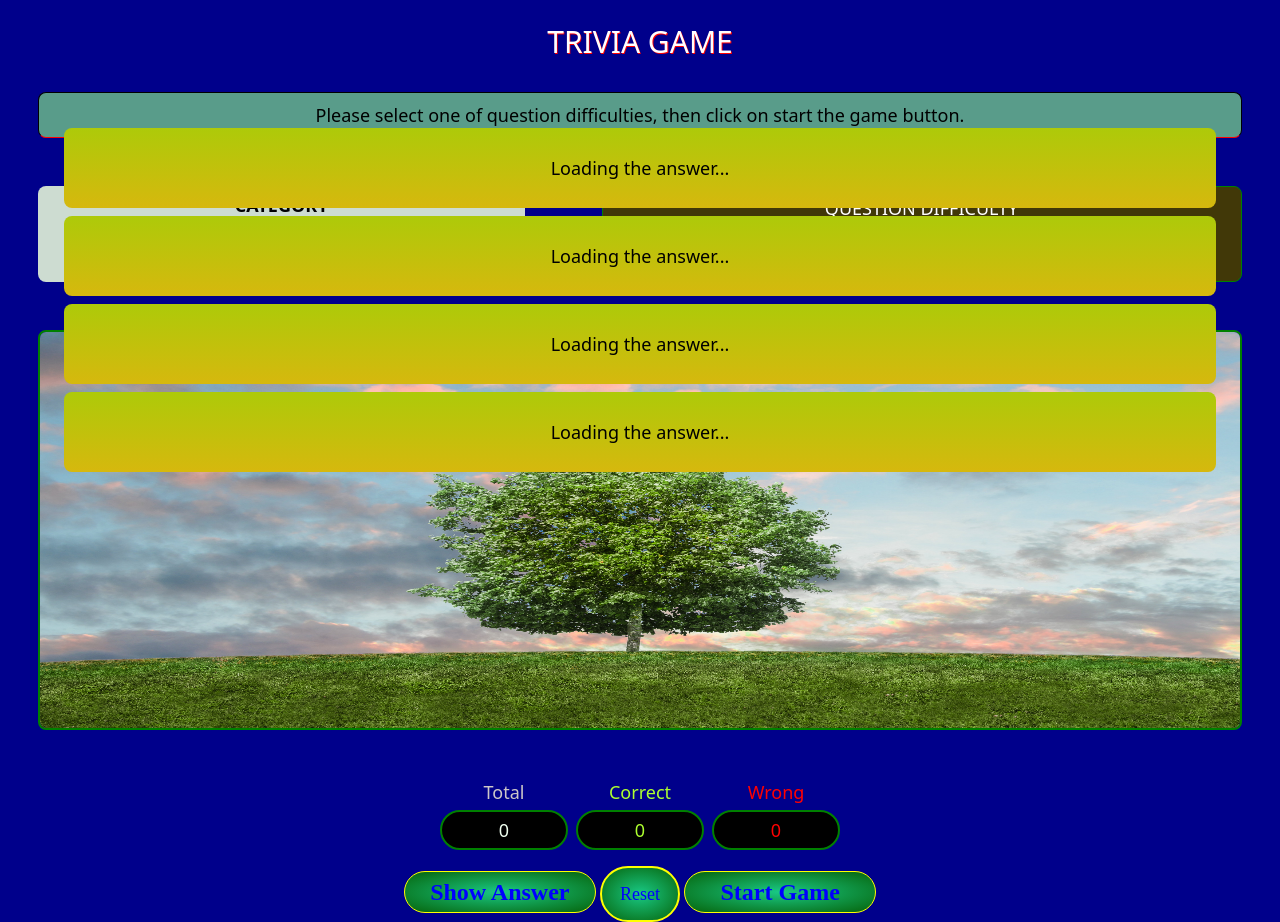
Repository: ShindanoSingi/bembe-trivia
Page: index.html
An editor plug-in stored every save of this project. The page is shown before and after the next save, followed by the edit.
The browser window is 1280 px wide. The pictures show the whole page.
Some web libraries are served in a nearby version.

Above is the page before, as saved 2022-09-08 01:33:46.

### index.html
<!DOCTYPE html>
<html lang="en">

    <head>
        <meta charset="UTF-8">
        <meta http-equiv="X-UA-Compatible" content="IE=edge">
        <meta name="viewport" content="width=device-width, initial-scale=1.0">
        <link rel="stylesheet" href="style.css">
        <script src="https://cdn.tailwindcss.com"></script>
        <title>Trivia Game</title>
    </head>

    <body class="">
        <div class="containerBox max-h-[100vh] my-2 flex flex-col gap-[3rem]">
            <h1 class="text-center text-3xl relative top-4" >TRIVIA GAME</h1>
            <div class="questionBox text-center w-[94vw] md:text-lg h-[6.5rem] p-2 md:p-2 mx-auto rounded-lg">
                Please select one of question difficulties, then click on start the game button.
            </div>
            <div class="category-and-difficulty-container items-center justify-around flex">
                <div class="category-container w-[38vw] md:h-[6rem] h-[4.5rem] bg-[#CDDCD1] flex items-center flex-col py-[0.3rem] rounded-lg">
                    <div class="labelCategory text-sm md:text-lg font-bold md:font-bold text-black">CATEGORY</div>
                    <div class="category text-sm md:text-lg text-center p-1 rounded-lg">
                        Loading category...
                    </div>
                </div>
                <div class="qDifficultyBox w-[50vw] pb-1 rounded-lg items-center flex h-[4.5rem] md:h-[6rem] justify-around flex-col">
                        <div id="question" class="qCat md:text-lg text-sm">QUESTION DIFFICULTY</div>
                        <div class="difficulties-container md:flex md:space-x-6 flex gap-1">
                            <button class="difficulty px-1.5 md:w-[6rem] text-sm md:text-lg rounded-full" id="easy">Easy</button>
                            <button class="difficulty md:w-[6rem] px-1.5 rounded-full md:text-lg text-sm" id="medium">Medium</button>
                            <button class="difficulty md:w-[6rem] px-1.5 text-sm md:text-lg rounded-full" id="hard">Hard</button>
                    </div>
                </div>
            </div>
            <div class="imgAndQuestions">
                <img class="w-[94vw] h-[25rem] mx-auto" src="pexels-skitterphoto-9198.jpg" alt="nature image">
                <div class="answersButtons absolute md:absolute md:bottom-[15.5rem] bottom-[17.2rem] ml-[5vw] flex space-y-2 items-center  flex-col">
                    <button class="showAnswer md:text-lg w-[90vw] p-1 absolute bottom-[17rem] mx-auto text-sm h-[5rem]">Loading the answer...</button>
                    <button class="response md:text-lg w-[90vw] p-1 text-center text-md h-[5rem]" id="response1">Loading the answer...</button>
                    <button class="response md:text-lg w-[90vw] p-1 text-md h-[5rem]" id="response2">Loading the answer...</button>
                    <button class="response md:text-lg w-[90vw] p-1 text-md h-[5rem]" id="response3">Loading the answer...</button>
                    <button class="response md:text-lg w-[90vw] p-1 text-md h-[5rem]" id="response4">Loading the answer...</button>
                    </div>
                </div>

            <div id="bottomPart" class="flex  mx-auto flex-col items-center gap-4">
                <div class="labelsAndButtons relative left-1 flex space-x-2">
                    <div class="question-number flex flex-col items-center">
                        <p class="labels md:text-lg pb-1" id="labelQ">Total</p>
                        <div class="bottombuttons md:w-[8rem] md:text-lg w-[5rem] text-center py-1" id="questionNumber">0</div>
                    </div>
                    <div class="correct-answers md:text-lg flex flex-col items-center">
                        <p class="labels pb-1" id="labelC">Correct</p>
                        <div class="bottombuttons md:text-lg w-[5rem] md:w-[8rem] text-center py-1" id="correct">0</div>
                    </div>
                    <div class="wrong-answers md:text-lg flex flex-col items-center">
                        <p class="labels pb-1" id="labelW">Wrong</p>
                        <div class="bottombuttons md:w-[8rem] md:text-lg w-[5rem] text-center py-1" id="wrong">0</div>
                    </div>
                    <div class="timerQuestionCorrectWrong"></div>
                </div>
                <div class="threeBottomButtons">
                    <button class="w-[8rem] text-lg md:text-2xl md:w-48 py-1" id="showAnswer">Show Answer</button>
                    <button class="reset text-lg p-1 md:w-[5rem] w-[3.5rem] h-[3.5rem] rounded-full">Reset</button>
                    <button class="startGame text-lg w-[8rem] md:text-2xl md:w-48 py-1">Start Game</button>
                </div>
            </div>
            </div>
        <script src="./script.js"></script>
    </body>
</html>

### style.css

/* iPhone 8 and smaller */

    /*  Set h1 text to red */
    h1 {
        color: #fff;
        text-shadow: 0.05rem 0.05rem red;
    }

    /* The box containing the question */
    .questionBox {
        color: rgb(0, 0, 0);
        border: 0.02rem solid;
        background-color: rgb(89, 156, 138);
        border-bottom-color: red;
    }

    /* Label for category */
    .labelCategory {
        color: white;
    }

    /* The show answer message box */
    .showAnswer {
        color: honeydew;
        visibility: hidden;
        border: 0.1rem solid green;
        border-radius: 0.5rem;
        background-color:rgb(2, 27, 3);
    }
    /*  Individual difficulty button */
    .difficulty {
        background-image: linear-gradient(rgb(16, 221, 142), rgb(4, 58, 7));
        border: 0.2rem solid rgb(21, 139, 35);
        color: white;
    }

    /*  Class containing all difficulty buttons */
    .difficulties-container {
        border-color: green;
    }
    /* The box containing difficulty buttons */
    .qDifficultyBox {
        border: 0.14vh solid green;
        background-color: rgb(65, 56, 8);
        color: white;
    }

    /* image */
    img {
        border: 0.15rem solid green;
        border-radius: 0.5rem;
    }
    /* all response buttons */
    .response {
        border-color: green;
        background-image: linear-gradient(rgb(173, 202, 9), rgb(214, 184, 14));
        color: black;
        border-radius: 0.5rem;
    }
    /* All response buttons */
    .response:hover {
        background-image: linear-gradient(rgb(32, 90, 165), rgb(72, 168, 192));
    }

    /* Show answer button */
    #showAnswer {
        color: blue;
        border: 0.54vh solid green;
        border: 0.27vh solid yellow;
        border-radius: 20rem;
        font-family: cursive;
        font-weight: bold;
        background-image: radial-gradient(rgb(25, 201, 133), rgb(6, 99, 10));
    }
    #showAnswer:hover {
        background-image: radial-gradient(rgb(201, 25, 25), rgb(93, 99, 6));
        color: white;
    }
    /* Start game button */
    .startGame {
        color: blue;
        border: 0.54vh solid green;
        border: 0.27vh solid yellow;
        border-radius: 20rem;
        font-family: cursive;
        font-weight: bold;
        background-image: radial-gradient(rgb(25, 201, 133), rgb(6, 99, 10));
    }
    /* Start game button */
    .startGame:hover {
        background-image: radial-gradient(rgb(201, 25, 25), rgb(93, 99, 6));
        color: white;
    }
    /* Reset button */
    .reset {
        color: blue;
        border: 0.5rem solid green;
        border: 0.15rem solid yellow;
        font-family: cursive;
        background-image: radial-gradient(rgb(25, 201, 133), rgb(6, 99, 10));
    }
    /* Reset button */
    .reset:hover {
        background-image: radial-gradient(rgb(201, 25, 25), rgb(93, 99, 6));
        color: white;
    }

    /* Class containing the 3 bottom labels  (total questions, correct answers and wrong answers) */
    .question-number {
        color: rgb(205, 200, 200);
    }

    .correct-answers {
        color: greenyellow;
    }

    .wrong-answers {
        color: red;
    }

    /* The bottom boxes for total question number, correct answers and wrong answers */
    .bottombuttons {
        border: 0.15rem solid green;
        background-color: black;
        color: honeydew;
        border-radius: 2rem;
    }

    /* Set the wrong anser to red */
    #wrong {
        color: rgb(255, 0, 0);
    }
    /* Set the correct anser to green */
    #correct {
        color: greenyellow;
    }

    /* Change the color when "easy" button is hovered over */
    #easy:hover {
        background-image: linear-gradient(rgb(202, 9, 9), rgb(214, 184, 14));
    }
    /* Change the color when "easy" button is hovered over */
    #medium:hover {
        background-image: linear-gradient(rgb(202, 9, 9), rgb(214, 184, 14));
    }
    /* Change the color when "easy" button is hovered over */
    #hard:hover {
        background-image: linear-gradient(rgb(202, 9, 9), rgb(214, 184, 14));
    }

    body {
      background-color: darkblue;
    }

### script.js
// Declaring variables

// Capture win window
let winWindow = document.querySelector('.win');

// Declae win reset button
let winResetButton = document.querySelector('.winReset');

// define lose reset button
let loseResetButton = document.querySelector('.loseReset');

// define lose window
let loseWindow = document.querySelector('.lose');

// define win image
let winImage = document.querySelector('.winImage')

// define a message if the payer loses the game
let loseMessage = document.querySelector('#losePar');

// define
let video = document.querySelector('#myVideo');

// Get Body content
let body = document.querySelector('body');

// This will hold category information
let category = document.querySelector('.category');

// This will hold the question
let question = document.querySelector('.questionBox');

// This is for all response buttons
let answerButtons = document.querySelector('.answersButtons');

// Define difficulty buttons
let difficultyButtons = document.querySelector('.difficulties-container');

// Define image
let image = document.querySelector('img');

// Define audio button
let audioButton = document.querySelector('.audio');

// Declaring individual difficulty buttons
let easyButton = document.querySelector('#easy');
let mediumButton = document.querySelector('#medium');
let hardButton = document.querySelector('#hard');

// This is for individual responses
let response1 = document.querySelector('#response1');
let response2 = document.querySelector('#response2');
let response3 = document.querySelector('#response3');
let response4 = document.querySelector('#response4');

// Define the total number of questions' box.
let totNumQuestionsBox = document.querySelector('#questionNumber');

// This will hold number of correct answers
let cAnswer = document.querySelector('#correct');

// This will hold number of wrong answers
let wAnswer = document.querySelector('#wrong');

// Define the "show answer" button
let showAnswerButton = document.querySelector('#showAnswer');

let corrAnswer;

// Create new audio objects
// Code source: https://www.w3schools.com/jsref/met_audio_play.asp
let audio = new Audio('general-logo-13395.mp3');

let questionscoreCount = 0;
let correctAnswerScoreCount = 0;
let wrongAnswerscoreCount = 0;
let scoreCount = 0;
let clear = '';
let difficulty = '';

// Set winning scoreCount
let winningscoreCount = 6;

let highscoreCount = 0;

let startGame = document.querySelector('.startGame');

// Takes the response from fetch
let triviaQuestion;

// Define a global url which will be accessed by multiple functions
let url;

// Array of all Images/jpg
// https://www.pexels.com/search/environment/
let arrayImages = [];
arrayImages.push('pexels-ákos-szabó-440731.jpg');
arrayImages.push('pexels-atikul-haque-rafat-679598.jpg');
arrayImages.push('pexels-felix-mittermeier-957024.jpg');
arrayImages.push('pexels-ian-turnell-709552.jpg');
arrayImages.push('pexels-karolina-grabowska-5750182.jpg');
arrayImages.push('pexels-mahima-1250260.jpg');
arrayImages.push('pexels-mali-maeder-142497.jpg');
arrayImages.push('pexels-matthias-cooper-580900.jpg');
arrayImages.push('pexels-min-an-1131458.jpg');
arrayImages.push('pexels-minamarie-michell-570041.jpg');
arrayImages.push('pexels-olya-kobruseva-5236397.jpg');
arrayImages.push('pexels-pixabay-33044.jpg');
arrayImages.push('pexels-pixabay-221012.jpg');
arrayImages.push('pexels-pixabay-235615.jpg');
arrayImages.push('pexels-pixabay-259280.jpg');
arrayImages.push('pexels-pixabay-302804.jpg');
arrayImages.push('pexels-pixabay-414090.jpg');
arrayImages.push('pexels-pixabay-459225.jpg');
arrayImages.push('pexels-pixabay-459225.jpg');
arrayImages.push('pexels-pixabay-460621.jpg');
arrayImages.push('pexels-scott-webb-1048033.jpg');
arrayImages.push('pexels-skitterphoto-9198.jpg');
arrayImages.push('pexels-sohail-na-807598.jpg');

// for correct and wrong answer song; source code:
// https://www.dreamstime.com/stock-music-sound-effect/wrong-answer-answer.html

// Reset the game when the "Reset" button is clicked
let resetButton = document.querySelector('.reset');
resetButton.addEventListener('click', () => {

    // Code source: https://www.w3schools.com/jsref/met_audio_play.asp
    audio.volume = 0.2;

    // Refresh the page/window
    window.location.reload();
});

// Assign color to all answer buttons and call "play" function
let startButton = () => {

    // Increament the score count.
    scoreCount++;

    // Select all responses buttons.
    let responses = document.querySelectorAll('.response');
    responses.forEach(response => {
        response.style.backgroundImage = 'linear-gradient(rgb(173, 202, 9), rgb(57, 14, 214));'
    })

    // When the "Start The Game" button is presNexted, Call "play" function
    play();
}

// Select difficulty buttons
difficultyButtons.addEventListener('click', e => {

    // Target the element/button by its id.
    difficulty = e.target.id;

    // Only change the color "easy" button is selected, then enable "Start The Game"
    if (difficulty === 'easy') {

        // Only change the background of "easy button" to a different color, and let other bottons'
        // colors unchanged.
        e.target.style.backgroundImage = 'linear-gradient(rgb(9, 25, 202), rgb(81, 14, 214))';
        mediumButton.style.backgroundImage = `linear-gradient(rgb(16, 221, 142), rgb(4, 58, 7))`;
        hardButton.style.backgroundImage = `linear-gradient(rgb(16, 221, 142), rgb(4, 58, 7))`;

        // Start the Game when "Start The Game" is clicked
        let startGame = document.querySelector('.startGame');
        startGame.addEventListener('click', () => {
            startButton();
        });
    }

    // Only change the color "medium" button is selected, then enable "Start The Game"
    else if (difficulty === 'medium') {

        // Only change the background of "medium button" to a different color, and let other bottons'
        // colors unchanged.
        e.target.style.backgroundImage = 'linear-gradient(rgb(9, 25, 202), rgb(81, 14, 214))';
        easyButton.style.backgroundImage = `linear-gradient(rgb(16, 221, 142), rgb(4, 58, 7))`;
        hardButton.style.backgroundImage = `linear-gradient(rgb(16, 221, 142), rgb(4, 58, 7))`;

        // Start the Game when "Start The Game" is clicked
        startGame.addEventListener('click', () => {
            startButton();
        });
    }

    // Only change the color "hard" button is selected, then enable "Start The Game"
    else if (difficulty === 'hard') {

        // Only change the background of "hard button" to a different color, and let other bottons'
        // colors unchanged.
        e.target.style.backgroundImage = 'linear-gradient(rgb(9, 25, 202), rgb(81, 14, 214))';
        mediumButton.style.backgroundImage = `linear-gradient(rgb(16, 221, 142), rgb(4, 58, 7))`;
        easyButton.style.backgroundImage = `linear-gradient(rgb(16, 221, 142), rgb(4, 58, 7))`;



        // Start the Game when "Start The Game" is clicked
        startGame.addEventListener('click', () => {
            startButton();
        });
    }

    // Return the value of the chosen difficulty button.
    return difficulty;
})



// Play the game when the start game button is click.
function play() {

    // Define and get a random number
    // Source: https://www.w3schools.com/jsref/jsref_random.asp
    let randomQuestion = Math.floor(Math.random() * 10 + 9);

    // Get the question from the API
    // Source: https://opentdb.com/api_config.php
    url = `https://opentdb.com/api.php?amount=50&difficulty=${difficulty}&type=multiple`

    // Define an empty array that will hold the correct answer and 3 wrong answers
    let arr = [];

    // fetch the the result for the above url.
    fetch(url)
        .then(res => {
            return res.json()
        })

        .then(res => {

            triviaQuestion = res;

            // Capture the correct from the response
            corrAnswer = res.results[0].correct_answer;

            arr.push(res.results[0].correct_answer);
            arr.push(res.results[0].incorrect_answers[0])
            arr.push(res.results[0].incorrect_answers[2])
            arr.push(res.results[0].incorrect_answers[1])

            category.innerHTML = res.results[0].category
            question.innerHTML = res.results[0].question

            // Assigning answers to answers buttons
            response1.innerHTML = arr[0];
            response2.innerHTML = arr[1];
            response3.innerHTML = arr[2];
            response4.innerHTML = arr[3];

            // Shuffling the array to avoid answers pattern.
            for (let i = arr.length - 1; i > 0; i--) {
                let j = Math.floor(Math.random() * (i + 1))

                let tempNum = arr[i];
                arr[i] = arr[j];
                arr[j] = tempNum;
            }
        })
}


// Track the clicking event of each answerButton
answerButtons.addEventListener('click', (event) => {

    // Check if the selected answer is equal to correct answer
    if (event.target.innerText === triviaQuestion.results[0].correct_answer) {

        // Increment total number of question
        scoreCount++;

        // Increament the the number of correct answers.
        correctAnswerScoreCount++;

        // Write the correct answer in the correct answer box
        cAnswer.innerText = correctAnswerScoreCount;

        for (let i = arrayImages.length - 1; i > 0; i--) {
            let j = Math.floor(Math.random() * (i + 1))

            let tempNum = arrayImages[i];
            arrayImages[i] = arrayImages[j];
            arrayImages[j] = tempNum;
        }

        // Play a random video
        image.src = arrayImages[1];

        // Set the background of the correct answer to green
        event.target.style.backgroundImage = `linear-gradient(rgb(0, 255, 106),
        rgb(9, 106, 28))`;

        // Call the next question
        nextQuestion()
    }

    // Check if the selected answer is not equal to the correct answer
    else if (event.target.innerText !== triviaQuestion.results[0].correct_answer) {

        // Play this audio if the answer is incorrect
        let audioWrongAnswer = new Audio('wrongAnswer.mp3');


        for (let i = arrayImages.length - 1; i > 0; i--) {
            let j = Math.floor(Math.random() * (i + 1))

            let tempNum = arrayImages[i];
            arrayImages[i] = arrayImages[j];
            arrayImages[j] = tempNum;
        }

        // Play a random video
        image.src = arrayImages[0];

        // Incremment scoreCount
        scoreCount++;

        // Increament the the number of incorrect answers.
        wrongAnswerscoreCount++;

        // Set the background of the correct answer to red
        event.target.style.backgroundImage = 'linear-gradient(rgb(220, 7, 7), #fa0a0a)';

        // Write the incorrect answer in the wrong answer box
        wAnswer.innerHTML = wrongAnswerscoreCount;
    }

    // Call the next question
    nextQuestion();
})

// Refresh the window reset all numbers to 0 and all texts to empty.
function refreshWindow() {
    window.location.reload()
}

// This function runs when the player calls for the next question.
function nextQuestion() {


    // Source: https://www.w3schools.com/jsref/jsref_random.asp
    let randomQuestions = Math.floor(Math.random() * 10 + 9);

    let urlNext = `https://opentdb.com/api.php?amount=1&category=${randomQuestions}&type=multiple`

    let arrNext = [];

    fetch(urlNext)
        .then(resNext => {
            return resNext.json()
        })

        .then(resNext => {

            // Capture the correct from the response
            corrAnswer = resNext.results[0].correct_answer;

            // Assign the response from fetch to triviaQuestion
            triviaQuestion = resNext;

            arrNext.push(resNext.results[0].correct_answer);
            arrNext.push(resNext.results[0].incorrect_answers[0])
            arrNext.push(resNext.results[0].incorrect_answers[2])
            arrNext.push(resNext.results[0].incorrect_answers[1])

            // Shuffling the array to avoid answers pattern.
            // source: https://www.geeksforgeeks.org/how-to-shuffle-an-array-using-javascript/

            for (let i = arrNext.length - 1; i > 0; i--) {
                let j = Math.floor(Math.random() * (i + 1))

                let tempNums = arrNext[i];
                arrNext[i] = arrNext[j];
                arrNext[j] = tempNums;
            }

            // Assigning original coloanswers to answers buttons
            response1.innerHTML = arrNext[0];
            response1.style.backgroundImage = 'linear-gradient(rgb(173, 202, 9), rgb(57, 14, 214))'

            response2.innerHTML = arrNext[1];
            response2.style.backgroundImage = 'linear-gradient(rgb(173, 202, 9), rgb(57, 14, 214))'

            response3.innerHTML = arrNext[2];
            response3.style.backgroundImage = 'linear-gradient(rgb(173, 202, 9), rgb(57, 14, 214))'

            response4.innerHTML = arrNext[3];
            response4.style.backgroundImage = 'linear-gradient(rgb(173, 202, 9), rgb(57, 14, 214))'

            category.innerHTML = resNext.results[0].category
            question.innerHTML = resNext.results[0].question

            console.log(resNext.results[0])

        })
}

// Display the answer if the "show Andwer" button is clicked for 1 second, then hide the answer.
showAnswerButton.addEventListener('click', () => {
    let answerBox = document.querySelector('.showAnswer');

    setTimeout(function () {
        answerBox.style.visibility = 'visible';
        answerBox.style.zIndex = '100';

        answerBox.innerHTML = corrAnswer;
        //Hide the answer
        setTimeout(function () {
            answerBox.style.visibility = 'hidden';

        }, 1000)
    }, 1000)

    if (answerBox.innerHTML === 'undefined') {
        answerBox.innerHTML = "Loading the answer...";
    }
    else {
        answerBox.innerHTML = "Loading the answer...";
    }
})

After the next save:
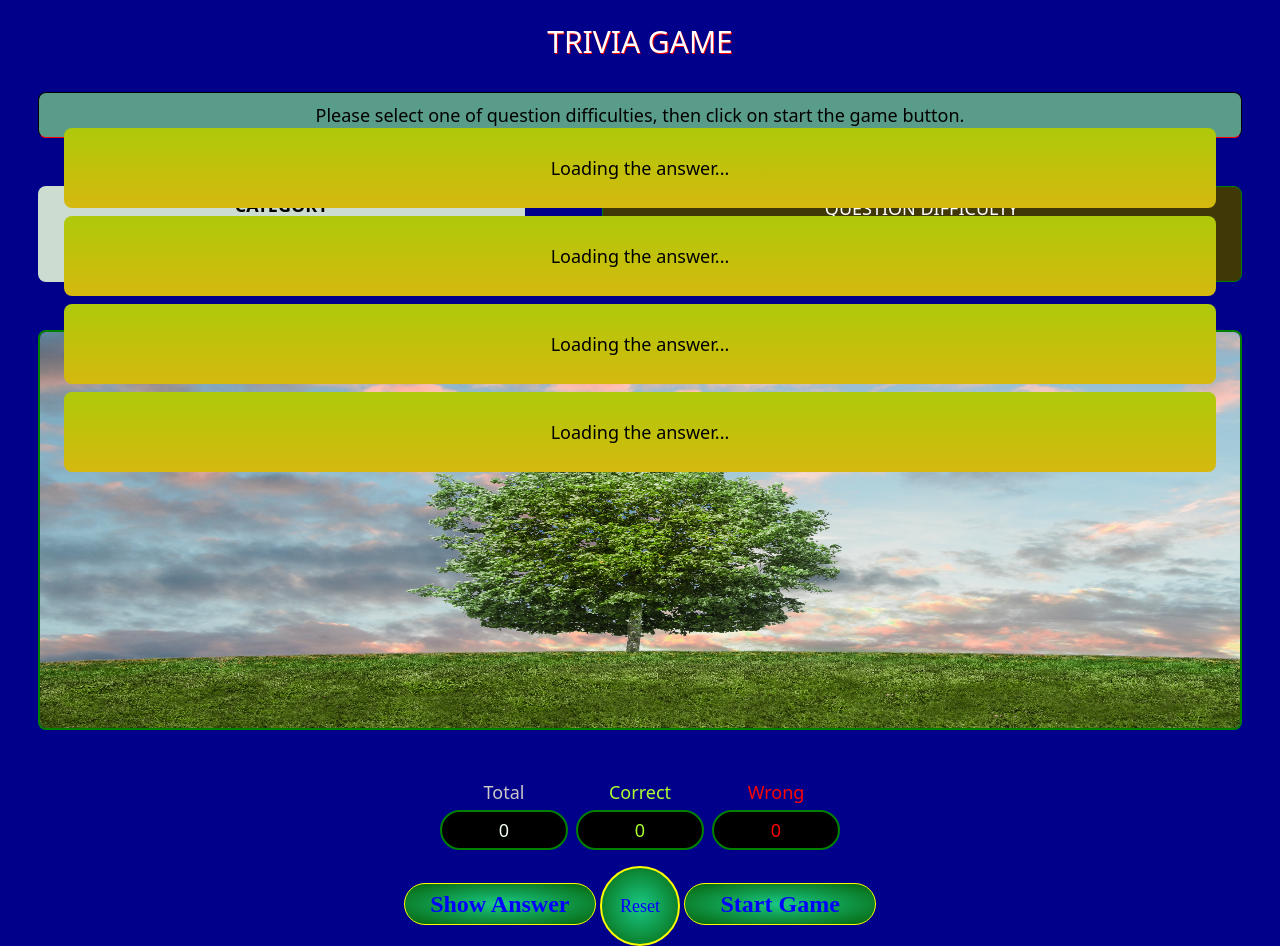
Saved 19 s later.
--- a/index.html
+++ b/index.html
@@ -61,7 +61,7 @@
                 </div>
                 <div class="threeBottomButtons">
                     <button class="w-[8rem] text-lg md:text-2xl md:w-48 py-1" id="showAnswer">Show Answer</button>
-                    <button class="reset text-lg p-1 md:w-[5rem] w-[3.5rem] h-[3.5rem] rounded-full">Reset</button>
+                    <button class="reset text-lg p-1 md:w-[5rem] md:h-[5rem] w-[3.5rem] h-[3.5rem] rounded-full">Reset</button>
                     <button class="startGame text-lg w-[8rem] md:text-2xl md:w-48 py-1">Start Game</button>
                 </div>
             </div>
